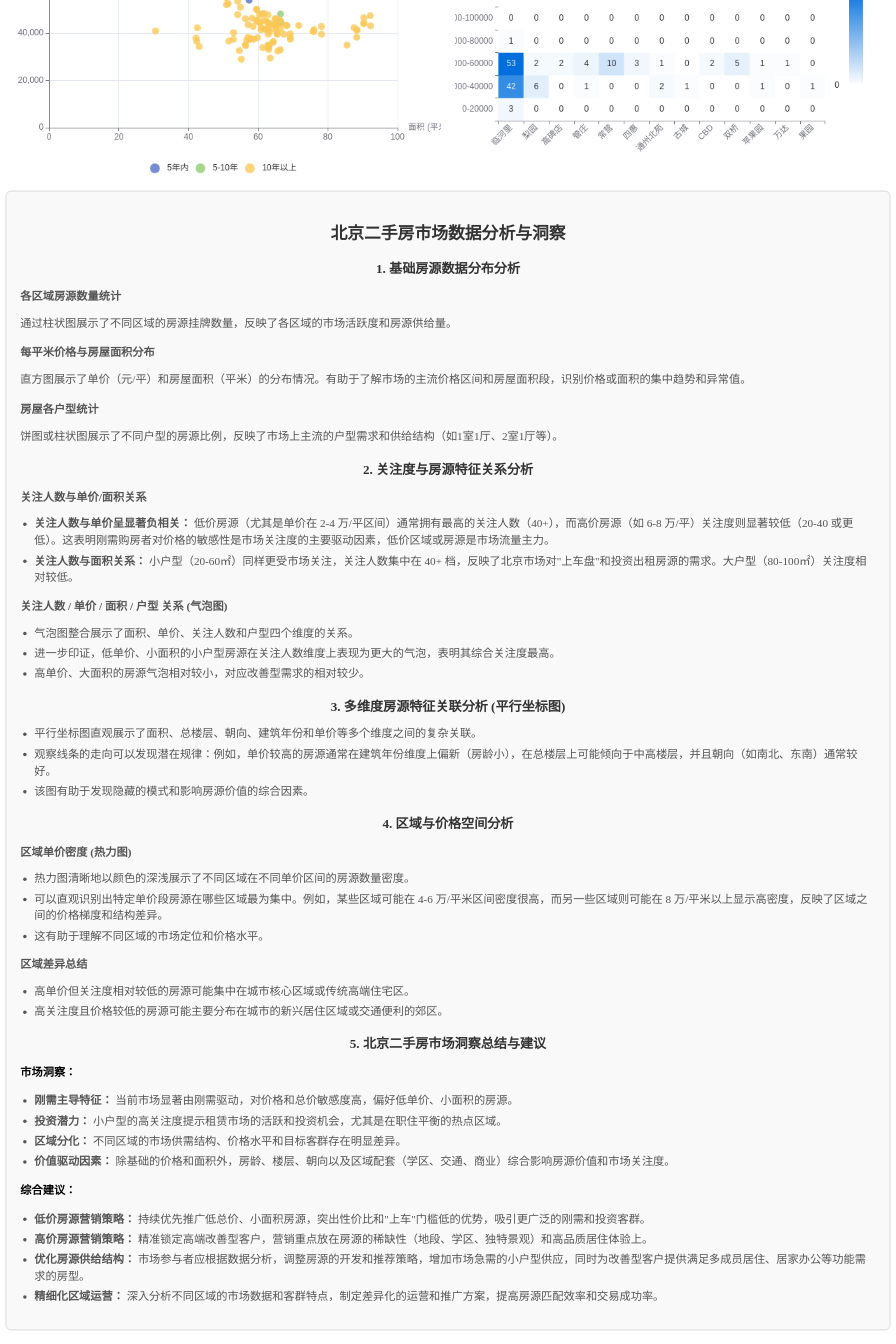
Repository: sakimi-9/DPV-SHP_BeiJing
Page: / (app in py_crawler/rendering/)
These files come from the project's save history. The page is drawn as it stood at one moment and after the next save; the edit follows.
The browser window is 1280 px wide. The pictures show the part of the page from y = 2239 to 4159 px (the page is 4159 px tall), at 70% of full size.
The project was rebuilt for these pictures with package versions that can differ from the ones it lists, and the page was loaded fresh each time. Also part of the build but not shown: py_crawler/rendering/vite.config.ts.

Above is the page before, as saved 2025-05-26 08:56:27.

### py_crawler/rendering/index.html
<!DOCTYPE html>
<html lang="en">

<head>
    <meta charset="UTF-8">
    <link rel="icon" href="/favicon.ico">
    <meta name="viewport" content="width=device-width, initial-scale=1.0">
    <title>二手房数据可视化</title>
</head>

<body>
    <div id="app"></div>
    <script type="module" src="/src/main.ts"></script>
</body>

</html>

### py_crawler/rendering/src/App.vue
<template>
  <div>
    <h1 style="text-align: center;">二手房数据可视化</h1>

    <!-- 模式切换 UI -->


    <!-- 2D 图表区域 -->
    <TwoDCharts v-if="currentMode === '2D'" :house-data="houseData" />

    <!-- 数据分析区域 -->
    <div class="data-analysis-container">
      <h2>北京二手房市场数据分析与洞察</h2>

      <h3>1. 基础房源数据分布分析</h3>
      <h4>各区域房源数量统计</h4>
      <p>通过柱状图展示了不同区域的房源挂牌数量，反映了各区域的市场活跃度和房源供给量。</p>
      <h4>每平米价格与房屋面积分布</h4>
      <p>直方图展示了单价（元/平）和房屋面积（平米）的分布情况。有助于了解市场的主流价格区间和房屋面积段，识别价格或面积的集中趋势和异常值。</p>
      <h4>房屋各户型统计</h4>
      <p>饼图或柱状图展示了不同户型的房源比例，反映了市场上主流的户型需求和供给结构（如1室1厅、2室1厅等）。</p>

      <h3>2. 关注度与房源特征关系分析</h3>
      <h4>关注人数与单价/面积关系</h4>
      <ul>
        <li><strong>关注人数与单价呈显著负相关：</strong> 低价房源（尤其是单价在 2-4 万/平区间）通常拥有最高的关注人数（40+），而高价房源（如 6-8 万/平）关注度则显著较低（20-40
          或更低）。这表明刚需购房者对价格的敏感性是市场关注度的主要驱动因素，低价区域或房源是市场流量主力。</li>
        <li><strong>关注人数与面积关系：</strong> 小户型（20-60㎡）同样更受市场关注，关注人数集中在 40+ 档，反映了北京市场对"上车盘"和投资出租房源的需求。大户型（80-100㎡）关注度相对较低。
        </li>
      </ul>
      <h4>关注人数 / 单价 / 面积 / 户型 关系 (气泡图)</h4>
      <ul>
        <li>气泡图整合展示了面积、单价、关注人数和户型四个维度的关系。</li>
        <li>进一步印证，低单价、小面积的小户型房源在关注人数维度上表现为更大的气泡，表明其综合关注度最高。</li>
        <li>高单价、大面积的房源气泡相对较小，对应改善型需求的相对较少。</li>
      </ul>

      <h3>3. 多维度房源特征关联分析 (平行坐标图)</h3>
      <ul>
        <li>平行坐标图直观展示了面积、总楼层、朝向、建筑年份和单价等多个维度之间的复杂关联。</li>
        <li>观察线条的走向可以发现潜在规律：例如，单价较高的房源通常在建筑年份维度上偏新（房龄小），在总楼层上可能倾向于中高楼层，并且朝向（如南北、东南）通常较好。</li>
        <li>该图有助于发现隐藏的模式和影响房源价值的综合因素。</li>
      </ul>

      <h3>4. 区域与价格空间分析</h3>
      <h4>区域单价密度 (热力图)</h4>
      <ul>
        <li>热力图清晰地以颜色的深浅展示了不同区域在不同单价区间的房源数量密度。</li>
        <li>可以直观识别出特定单价段房源在哪些区域最为集中。例如，某些区域可能在 4-6 万/平米区间密度很高，而另一些区域则可能在 8 万/平米以上显示高密度，反映了区域之间的价格梯度和结构差异。</li>
        <li>这有助于理解不同区域的市场定位和价格水平。</li>
      </ul>
      <h4>区域差异总结</h4>
      <ul>
        <li>高单价但关注度相对较低的房源可能集中在城市核心区域或传统高端住宅区。</li>
        <li>高关注度且价格较低的房源可能主要分布在城市的新兴居住区域或交通便利的郊区。</li>
      </ul>

      <h3>5. 北京二手房市场洞察总结与建议</h3>
      <p><strong>市场洞察：</strong></p>
      <ul>
        <li><strong>刚需主导特征：</strong> 当前市场显著由刚需驱动，对价格和总价敏感度高，偏好低单价、小面积的房源。</li>
        <li><strong>投资潜力：</strong> 小户型的高关注度提示租赁市场的活跃和投资机会，尤其是在职住平衡的热点区域。</li>
        <li><strong>区域分化：</strong> 不同区域的市场供需结构、价格水平和目标客群存在明显差异。</li>
        <li><strong>价值驱动因素：</strong> 除基础的价格和面积外，房龄、楼层、朝向以及区域配套（学区、交通、商业）综合影响房源价值和市场关注度。</li>
      </ul>
      <p><strong>综合建议：</strong></p>
      <ul>
        <li><strong>低价房源营销策略：</strong> 持续优先推广低总价、小面积房源，突出性价比和"上车"门槛低的优势，吸引更广泛的刚需和投资客群。</li>
        <li><strong>高价房源营销策略：</strong> 精准锁定高端改善型客户，营销重点放在房源的稀缺性（地段、学区、独特景观）和高品质居住体验上。</li>
        <li><strong>优化房源供给结构：</strong> 市场参与者应根据数据分析，调整房源的开发和推荐策略，增加市场急需的小户型供应，同时为改善型客户提供满足多成员居住、居家办公等功能需求的房型。</li>
        <li><strong>精细化区域运营：</strong> 深入分析不同区域的市场数据和客群特点，制定差异化的运营和推广方案，提高房源匹配效率和交易成功率。</li>
      </ul>
    </div>
  </div>
</template>

<script setup lang="ts">
import { ref, onMounted } from 'vue';

// 导入新组件
import TwoDCharts from './components/TwoDCharts.vue';

// 定义解析后的房源数据接口 (保留接口定义，添加经纬度)
interface ParsedHouse {
  房源标题: string;
  室: number | null;
  厅: number | null;
  面积: number | null; // 平米
  朝向: string | null;
  装修: string | null;
  楼层信息: string | null; // 例如 "中楼层"
  总楼层: number | null;
  建筑年份: number | null; // 例如 2012
  建筑类型: string | null; // 例如 "板塔结合"
  小区名称: string | null;
  所在区域: string | null; // 例如 "临河里"
  单价: number | null; // 元/平
  关注人数: number | null;
  发布时间: string | null; // 例如 "2个月以前发布"
  标签: string[];
  // 添加经纬度信息
  location?: { lng: number; lat: number };
}

// 数据解析函数 (修改：查找并添加经纬度)
function parseHouseData(rawData: any[]): ParsedHouse[] {
  const parsedData: ParsedHouse[] = [];

  rawData.forEach(item => {
    const parsedItem: ParsedHouse = {
      房源标题: item['房源'] || '',
      室: null,
      厅: null,
      面积: null,
      朝向: null,
      装修: null,
      楼层信息: null,
      总楼层: null,
      建筑年份: null,
      建筑类型: null,
      小区名称: null,
      所在区域: null,
      单价: null,
      关注人数: null,
      发布时间: item['关注人数和发布时间'] ? item['关注人数和发布时间'].split(' / ')[1]?.trim() || null : null,
      标签: item['标签'] ? item['标签'].split(' ').filter((tag: string) => tag.trim() !== '') : [],
    };

    const houseInfoParts = item['房子信息'] ? item['房子信息'].split(' | ').map((part: string) => part.trim()) : [];
    houseInfoParts.forEach((part: string) => {
      if (part.includes('室') && part.includes('厅')) {
        const match = part.match(/(\d+)室(\d+)厅/);
        if (match) {
          parsedItem.室 = parseInt(match[1], 10);
          parsedItem.厅 = parseInt(match[2], 10);
        }
      } else if (part.includes('平米')) {
        const match = part.match(/([\d\.]+)平米/);
        if (match) {
          parsedItem.面积 = parseFloat(match[1]);
        }
      } else if (part.includes('层') && part.includes('共')) {
        const match = part.match(/(.+)\(共(\d+)层\)/);
        if (match) {
          parsedItem.楼层信息 = match[1].trim();
          parsedItem.总楼层 = parseInt(match[2], 10);
        } else {
          const totalFloorsMatch = part.match(/(\d+)层/);
          if (totalFloorsMatch) {
            parsedItem.总楼层 = parseInt(totalFloorsMatch[1], 10);
          }
        }
      } else if (part.match(/\d{4}年/)) {
        parsedItem.建筑年份 = parseInt(part, 10);
      } else if (part === '板楼' || part === '塔楼' || part === '板塔结合') {
        parsedItem.建筑类型 = part;
      } else if (['东', '南', '西', '北', '东南', '东北', '西南', '西北'].some(dir => part.includes(dir))) {
        parsedItem.朝向 = part;
      } else if (['毛坯', '简装', '精装', '其他'].some(dec => part.includes(dec))) {
        parsedItem.装修 = part;
      }
    });

    const areaParts = item['所在区域'] ? item['所在区域'].split('  ').map((part: string) => part.trim()) : [];
    if (areaParts.length > 0) {
      parsedItem.小区名称 = areaParts[0];
      if (areaParts.length > 1) {
        parsedItem.所在区域 = areaParts[1];
      }
    }

    const priceMatch = item['单价'] ? item['单价'].replace(',', '').match(/([\d\.]+)元\/平/) : null;
    if (priceMatch) {
      parsedItem.单价 = parseFloat(priceMatch[1]);
    }

    const followTimeParts = item['关注人数和发布时间'] ? item['关注人数和发布时间'].split(' / ').map((part: string) => part.trim()) : [];
    if (followTimeParts.length > 0) {
      const followMatch = followTimeParts[0].match(/(\d+)人关注/);
      if (followMatch) {
        parsedItem.关注人数 = parseInt(followMatch[1], 10);
      }
    }

    parsedData.push(parsedItem);
  });

  return parsedData; // Return all parsed data
}

// Define a ref to store the parsed data
const houseData = ref<ParsedHouse[] | null>(null);

// 定义当前模式状态
const currentMode = ref<'2D'>('2D'); // Only 2D mode is available now

// 数据加载逻辑 (修改：先加载经纬度，再加载房源数据)
onMounted(async () => {
  try {
    const response = await fetch('/house_data.json');
    if (!response.ok) {
      throw new Error(`HTTP error! status: ${response.status}`);
    }
    const rawHouseData = await response.json();
    // 解析房源数据时传入经纬度 Map
    houseData.value = parseHouseData(rawHouseData);

    console.log('解析后的数据并存储:', houseData.value);

  } catch (error) {
    console.error('Error loading or processing data:', error);
  }
});

// 显式导出响应式变量 (可能有助于类型检查)
// export { houseData, currentMode };

</script>

<style scoped>
/* Add any specific styles for the 3D visualization container if needed */
/* Only retain App.vue's own styles */
div {
  margin-bottom: 20px;
}

button {
  margin-right: 10px;
}

/* Add styles for the data analysis container */
.data-analysis-container {
  border: 1px solid #ccc;
  /* Add a border */
  padding: 20px;
  /* Add padding inside the box */
  margin-top: 20px;
  /* Add some space above the box */
  background-color: #f9f9f9;
  /* Add a light background color */
  border-radius: 8px;
  /* Rounded corners */
}

.data-analysis-container h2,
.data-analysis-container h3 {
  text-align: center;
  /* Center the titles within the box */
  color: #333;
  /* Darker color for titles */
  margin-bottom: 15px;
  /* Add space below titles */
}

.data-analysis-container h4 {
  margin-top: 15px;
  /* Space above h4 */
  margin-bottom: 10px;
  /* Space below h4 */
  color: #555;
  /* Slightly lighter color for h4 */
}

.data-analysis-container p {
  line-height: 1.6;
  /* Improve readability with more line spacing */
  color: #555;
  /* Slightly lighter color for text */
  margin-bottom: 10px;
  /* Adjust space between paragraphs */
}

.data-analysis-container ul {
  margin-bottom: 15px;
  /* Space below lists */
  padding-left: 20px;
  /* Indent list items */
}

.data-analysis-container ul li {
  margin-bottom: 5px;
  /* Space between list items */
  line-height: 1.5;
  /* Line spacing for list items */
  color: #555;
}


.data-analysis-container p strong {
  color: #000;
  /* Make strong text black */
}

/* Remove styles migrated to TwoDCharts.vue */
/* Keep only App.vue specific styles */

/* Example styles for layout if needed, adjust based on your structure */
/*
.container {
    max-width: 960px;
    margin: 0 auto;
    padding: 20px;
}
*/
</style>

Loaded but not shown: py_crawler/rendering/src/main.ts (common file); py_crawler/rendering/public/house_data.json (1138 lines, source omitted); py_crawler/rendering/src/components/TwoDCharts.vue (875 lines, source omitted)

After the next save:
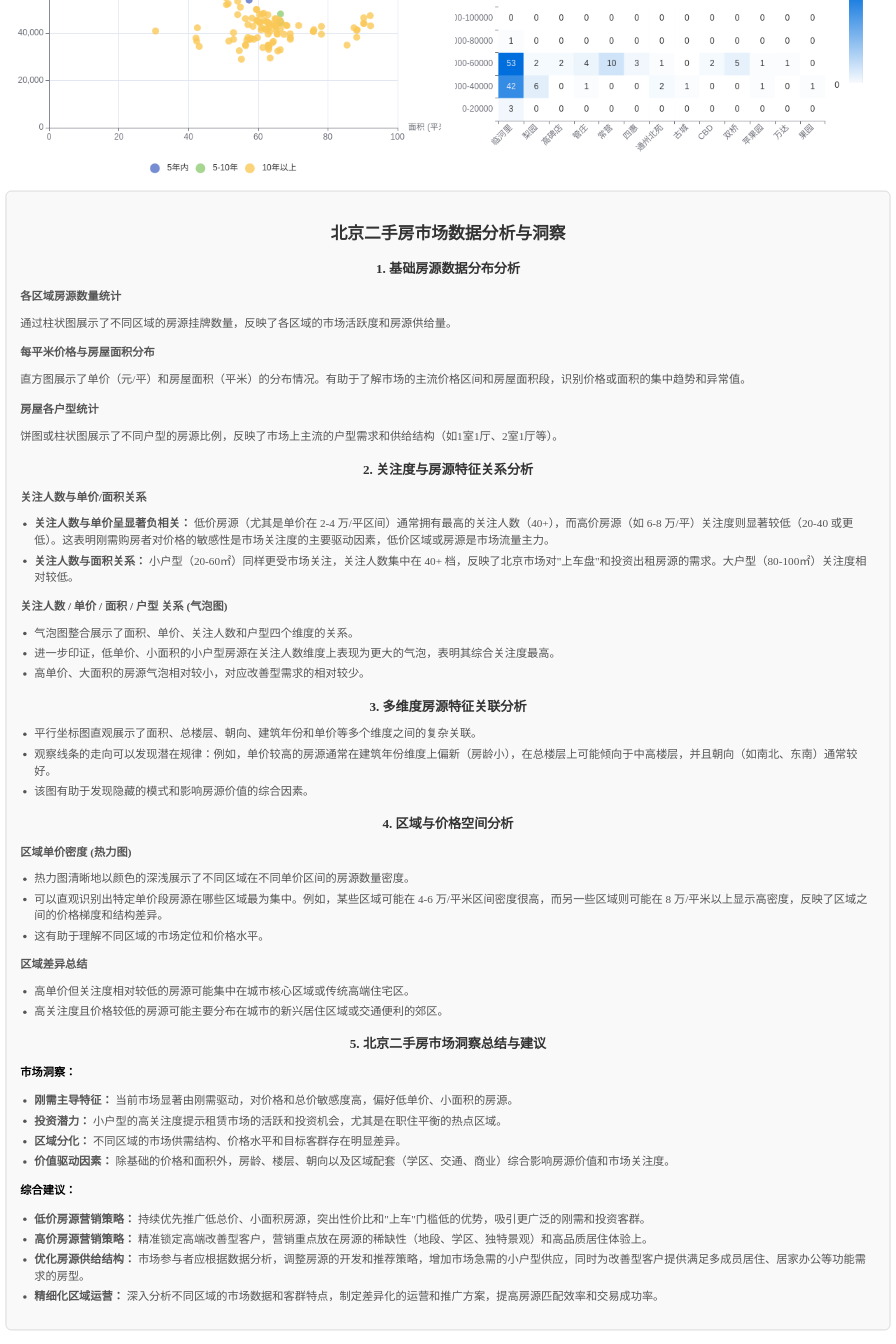
Saved 78 s later.
--- a/py_crawler/rendering/src/App.vue
+++ b/py_crawler/rendering/src/App.vue
@@ -35,7 +35,7 @@
         <li>高单价、大面积的房源气泡相对较小，对应改善型需求的相对较少。</li>
       </ul>
 
-      <h3>3. 多维度房源特征关联分析 (平行坐标图)</h3>
+      <h3>3. 多维度房源特征关联分析</h3>
       <ul>
         <li>平行坐标图直观展示了面积、总楼层、朝向、建筑年份和单价等多个维度之间的复杂关联。</li>
         <li>观察线条的走向可以发现潜在规律：例如，单价较高的房源通常在建筑年份维度上偏新（房龄小），在总楼层上可能倾向于中高楼层，并且朝向（如南北、东南）通常较好。</li>
